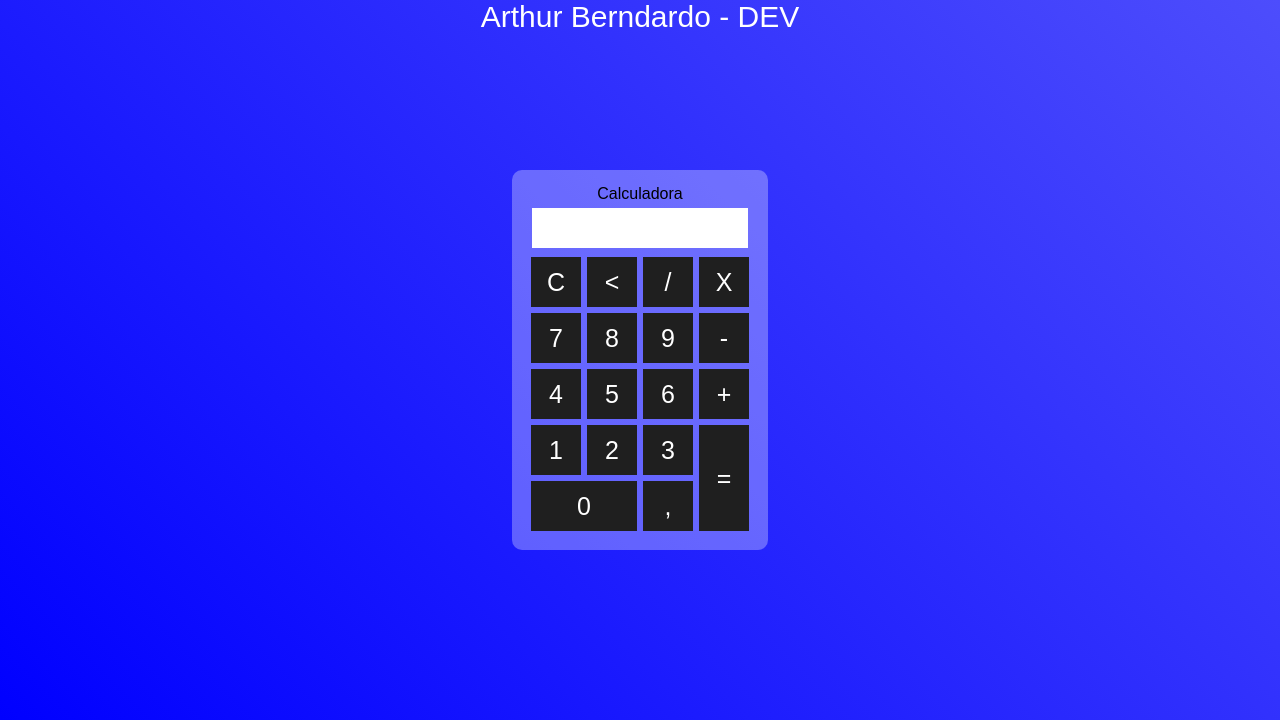
Repository: oThurDev/calculadora
Page: calculadora.html
These files come from the project's save history. The page is drawn as it stood at one moment and after the next save; the edit follows.
The browser window is 1280 px wide. The pictures show the whole page.

Above is the page before, as saved 2022-02-25 16:39:55.

### calculadora.html
<!DOCTYPE html>
<html lang="en">
<head>
    <meta charset="UTF-8">
    <meta name="viewport" content="width=device-width, initial-scale=1.0">
    <link rel="stylesheet" href="style_calculadora.css">
    <script src="./functions.js"></script>
    <title>Calculadora</title>
</head>
<body>
    <div class="fundo">
        <span class="title">Arthur Berndardo - DEV</span>
        <div class="calculadora">
            <span>Calculadora</span>
            <p id="resultado"></p>
            <table>
                <tr>
                    <td><button class="botao" onclick="clean()">C</button></td>
                    <td><button class="botao" onclick="back()"><</button></td>
                    <td><button class="botao" onclick="insert('/')">/</button></td>
                    <td><button class="botao" onclick="insert('*')">X</button></td>
                </tr>
                <tr>
                    <td><button class="botao" onclick="insert('7')">7</button></td>
                    <td><button class="botao" onclick="insert('8')">8</button></td>
                    <td><button class="botao" onclick="insert('9')">9</button></td>
                    <td><button class="botao" onclick="insert('-')">-</button></td>
                </tr>
                <tr>
                    <td><button class="botao" onclick="insert('4')">4</button></td>
                    <td><button class="botao" onclick="insert('5')">5</button></td>
                    <td><button class="botao" onclick="insert('6')">6</button></td>
                    <td><button class="botao" onclick="insert('+')">+</button></td>
                </tr>
                <tr>
                    <td><button class="botao" onclick="insert('1')">1</button></td>
                    <td><button class="botao" onclick="insert('2')">2</button></td>
                    <td><button class="botao" onclick="insert('3')">3</button></td>
                    <td rowspan="2"><button class="botao" style="height: 106px;" onclick="calcular()">=</button></td>
                </tr>
                <tr>
                    <td colspan="2"><button class="botao" style="width: 106px;" onclick="insert('0')">0</button></td>
                    <td><button class="botao" onclick="insert(',')">,</button></td>
                </tr>
            </table>
        </div>
    </div>
</body>
</html>

### style_calculadora.css
*{
    margin: 0;
    padding: 0;
}

.fundo{
    background-image: linear-gradient(45deg, blue, rgb(77, 77, 252));
    height: 100vh;
    color: black;
    font-family: Arial, Helvetica, sans-serif;
    text-align: center;
}

.title{
    font-size: 30px;
    color: white;
}

.calculadora{
    position: absolute;
    background-color: rgba(255, 255, 255, 0.3);
    top: 50%;
    left: 50%;
    transform: translate(-50%, -50%);
    border-radius: 10px;
    padding: 15px;
}

.botao{
    width: 50px;
    height: 50px;
    font-size: 25px;
    cursor: pointer;
    background-color: rgb(31, 31, 31);
    border: none;
    color: white;
    margin: 2px;
}

.botao:hover{
    background-color: black;
}

#resultado{
    background-color: white;
    height: 30px;
    margin: 5px;
    font-size: 20px;
    text-align: right;
    padding: 5px;
}

### functions.js
function insert(num)
{
    var numero = document.getElementById('resultado').innerHTML;
    document.getElementById('resultado').innerHTML = numero + num;
}

function clean()
{
    document.getElementById('resultado').innerHTML = "";
}

function back()
{
    var resultado = document.getElementById('resultado').innerHTML;
    document.getElementById('resultado').innerHTML = resultado.substring(0, resultado.length -1)
}

function calcular()
{
    var resultado = document.getElementById('resultado').innerHTML;
    if(resultado)
    {
        document.getElementById('resultado').innerHTML = eval(resultado)
    }
    else
    {
        document.getElementById('resultado').innerHTML = 'nada para calcular'
    }
}

After the next save:
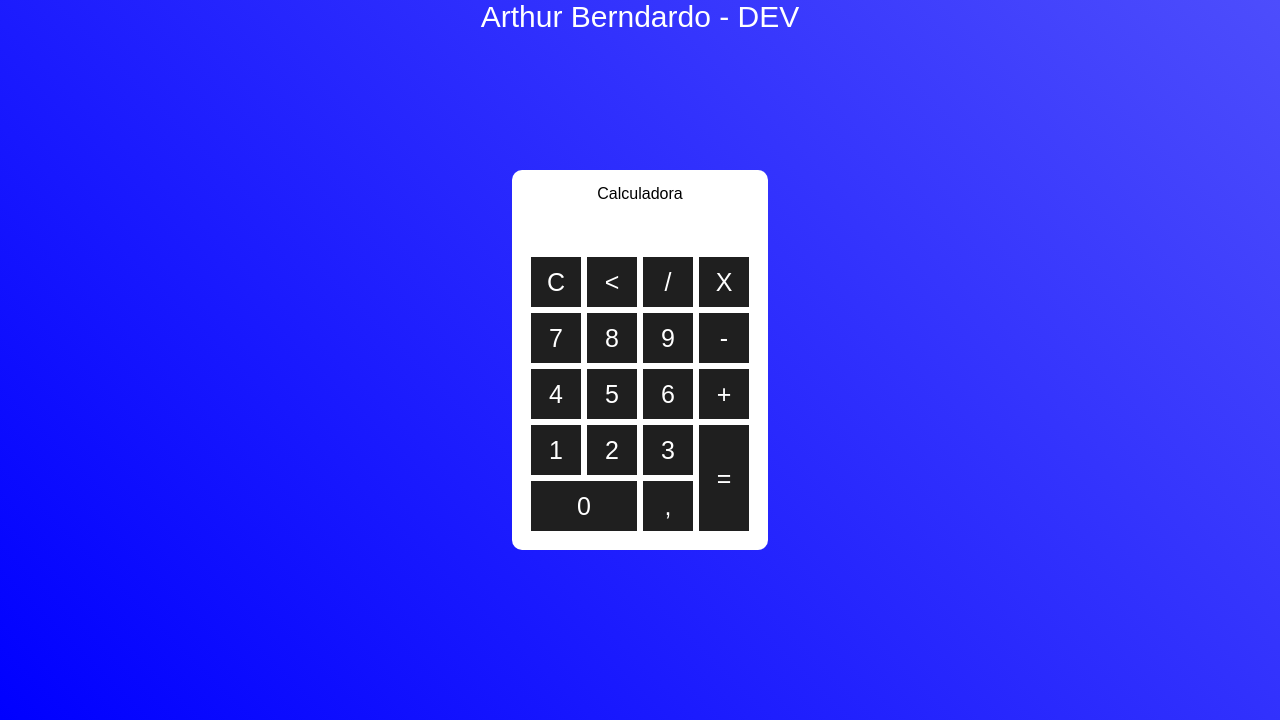
Saved 22 s later.
--- a/style_calculadora.css
+++ b/style_calculadora.css
@@ -18,7 +18,7 @@
 
 .calculadora{
     position: absolute;
-    background-color: rgba(255, 255, 255, 0.3);
+    background-color: white;
     top: 50%;
     left: 50%;
     transform: translate(-50%, -50%);

After the save that followed:
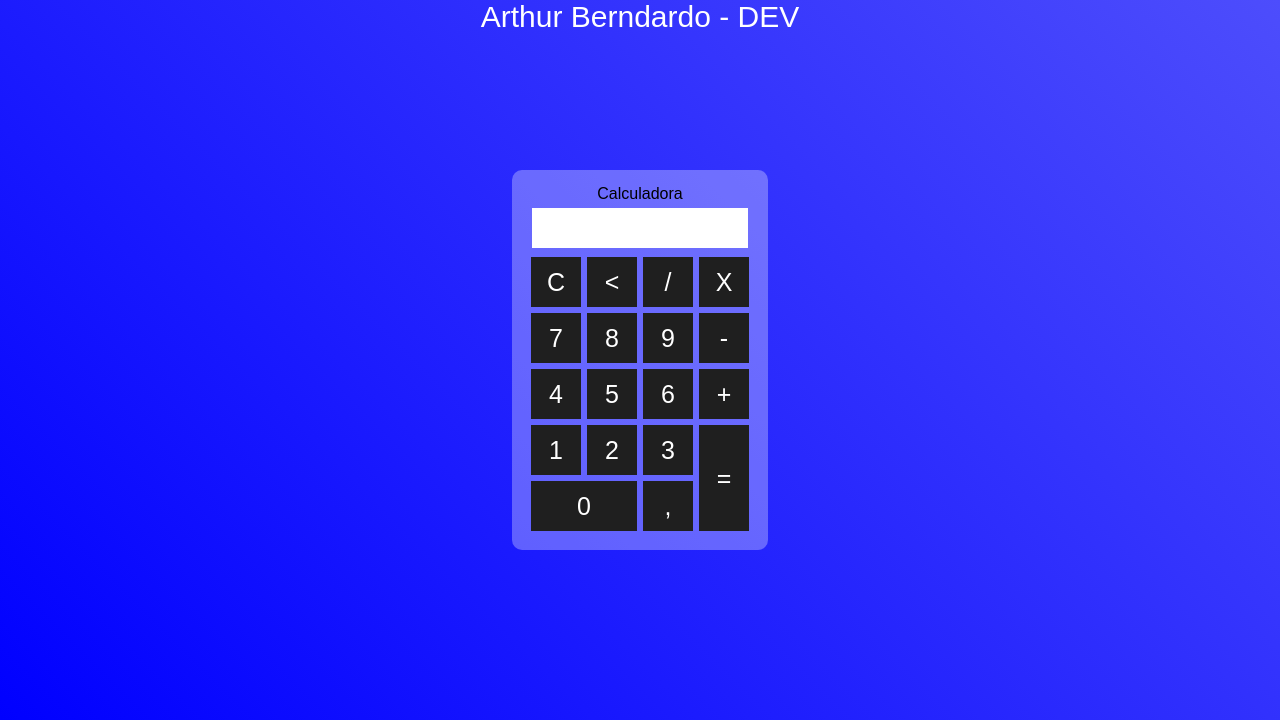
Saved 10 s later.
--- a/style_calculadora.css
+++ b/style_calculadora.css
@@ -18,7 +18,7 @@
 
 .calculadora{
     position: absolute;
-    background-color: white;
+    background-color: rgba(255, 255, 255, 0.3);
     top: 50%;
     left: 50%;
     transform: translate(-50%, -50%);
